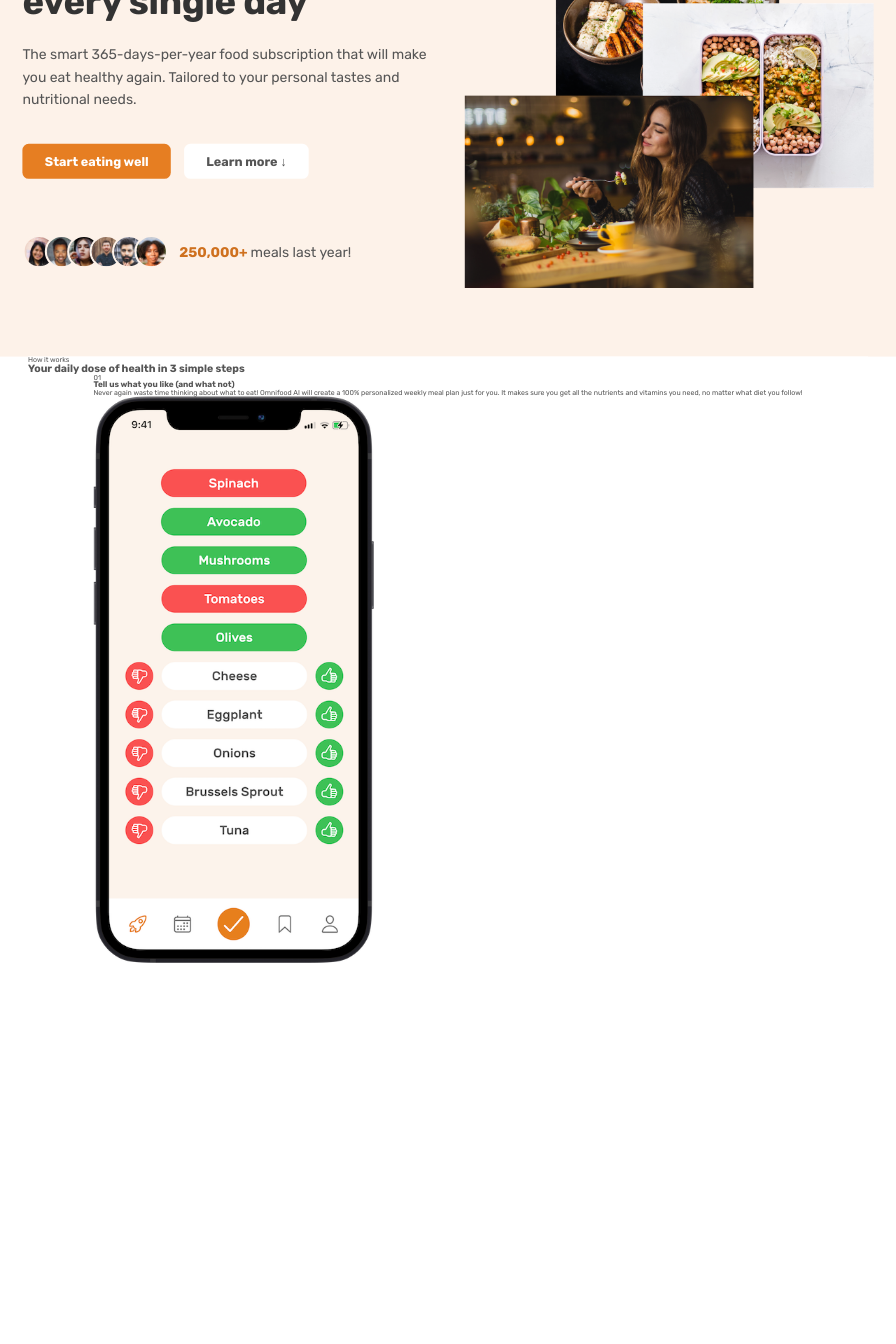
Repository: WefsCao/Omnifood
Page: index.html
An editor plug-in stored every save of this project. The page is shown before and after the next save, followed by the edit.
The browser window is 1280 px wide. The pictures show the part of the page from y = 308 to 2228 px (the page is 2625 px tall before and 2645 px after), at 70% of full size.

Above is the page before, as saved 2022-06-04 19:53:54.

### index.html
<!DOCTYPE html>
<html lang="en">
  <head>
    <meta charset="UTF-8" />
    <meta http-equiv="X-UA-Compatible" content="IE=edge" />
    <meta name="viewport" content="width=device-width, initial-scale=1.0" />

    <link rel="preconnect" href="https://fonts.googleapis.com" />
    <link rel="preconnect" href="https://fonts.gstatic.com" crossorigin />
    <link
      href="https://fonts.googleapis.com/css2?family=Rubik:wght@400;500;600;700&display=swap"
      rel="stylesheet"
    />
    <link rel="stylesheet" href="./css/general.css" />
    <link rel="stylesheet" href="./css/style.css" />
    <title>Omnifood</title>
  </head>
  <body>
    <header class="header">
      <img class="logo" src="img/omnifood-logo.png" alt="heder of logo" />

      <nav class="nav-main">
        <ul class="nav-main-list">
          <li><a href="#" class="nav-main-link">How it works</a></li>
          <li><a href="#" class="nav-main-link">Meals</a></li>
          <li><a href="#" class="nav-main-link">Testimonial</a></li>
          <li><a href="#" class="nav-main-link">Pricing</a></li>
          <li><a href="#" class="nav-main-link nav-cta">Try for free</a></li>
        </ul>
      </nav>
    </header>
    <main>
      <section class="section-hero">
        <div class="hero">
          <div class="hero-text-box">
            <h1 class="heading-primary">
              A healthy meal delivered to your door, every single day
            </h1>
            <p class="hero-description">
              The smart 365-days-per-year food subscription that will make you
              eat healthy again. Tailored to your personal tastes and
              nutritional needs.
            </p>
            <a href="#" class="btn btn--full margin-ringht-sm"
              >Start eating well</a
            >
            <a href="#" class="btn btn--outline">Learn more &darr;</a>
            <div class="delivered-meals">
              <div class="delivered-imgs">
                <img src="img/customers/customer-1.jpg" />
                <img src="img/customers/customer-2.jpg" />
                <img src="img/customers/customer-3.jpg" />
                <img src="img/customers/customer-4.jpg" />
                <img src="img/customers/customer-5.jpg" />
                <img src="img/customers/customer-6.jpg" />
              </div>
              <div class="delivered-text">
                <span>250,000+ </span>meals last year!
              </div>
            </div>
          </div>
          <div class="hero-img-box">
            <img src="img/hero.png" alt="Hero of image" class="hero-img" />
          </div>
        </div>
      </section>
      <section class="section-how">
        <div class="step-heading-box">
          <div class="container">
            <span class="step-subtitle">How it works</span>
            <h2 class="heading-secondary">
              Your daily dose of health in 3 simple steps
            </h2>
          </div>
        </div>
        <div class="step-content-box grid">
          <div class="container">
            <div class="step-text-box">
              <div class="step-number">01</div>
              <h3 class="step-heading">Tell us what you like (and what not)</h3>
              <p class="step-text">
                Never again waste time thinking about what to eat! Omnifood AI
                will create a 100% personalized weekly meal plan just for you.
                It makes sure you get all the nutrients and vitamins you need,
                no matter what diet you follow!
              </p>
            </div>
            <div class="step-img-box">
              <img
                class="step-img"
                src="img/app/app-screen-1.png"
                alt="app screen 1"
              />
            </div>
          </div>
        </div>
      </section>
    </main>
  </body>
</html>

### css/general.css
/*
--- 01 TYPOGRAPHY
- Font size system (px)
    10 / 12 / 14 / 16 / 18 / 20 / 24 / 30 / 36 / 44 / 52 / 62 / 74 / 86 / 98

- Font weights:
Default: 400

- Line heights:
Default: 1
Small: 1.05


--- 02 COLOR

- Primary: #e67e22
- Tints: #fdf2e9
- Shades: #cf711f
- Accents:
- Grey:
 #555
 #333

 --- 05 SHADOW

 --- 06 BORDER RADIUS
 - Default: 9px

 --- 07 WHITE SPACES
 - Spacing system (px)
 2 / 4 / 8 / 12 / 16 / 24 / 32 / 48 / 64 / 80 / 96 / 128
*/
html {
  font-size: 62.5%;
}
* {
  margin: 0;
  padding: 0;
  box-sizing: border-box;
}
body {
  font-family: "Rubik", sans-serif;
  color: #555;
  font-weight: 400;
  line-height: 1;
}

/****************************************/
/* GENERAL REUSE COMPONENTS */
/****************************************/
.heading-primary {
  font-size: 5.2rem;
  line-height: 1.05;
  color: #333;
  font-weight: 700;
  letter-spacing: -0.5px;
  margin-bottom: 3.2rem;
}

.btn--full:link,
.btn--full:visited {
  background-color: #e67e22;
  color: #fff;
}
.btn--full:hover,
.btn--full:active {
  background-color: #cf711f;
}
.margin-ringht-sm {
  margin-right: 1.6rem;
}

.grid {
  display: grid;
  grid-template-rows: repeat(2, 1fr);

  column-gap: 6.4rem;
  row-gap: 9.6rem;
}
.grid--2-cols {
  grid-template-columns: repeat(2, 1fr);
}
.grid--3-cols {
  grid-template-columns: repeat(3, 1fr);
}
.container {
  max-width: 120rem;
  margin: 0 auto;
  background-color: #fff;
}

### css/style.css
/****************************************/
/* HEADER */
/****************************************/
.header {
  display: flex;
  align-items: center;
  justify-content: space-between;
  height: 9.6rem;
  padding: 0 4.8rem;
  background-color: #fdf2e9;
}
.logo {
  height: 2.2rem;
}

/****************************************/
/* NAVIGATION */
/****************************************/

.nav-main-list {
  display: flex;
  align-items: center;
  gap: 3.2rem;
  list-style: none;
}
.nav-main-link:link,
.nav-main-link:visited {
  color: #333;
  font-size: 1.8rem;
  font-weight: 600;
  text-decoration: none;
  transition: all 0.3s;
}
.nav-main-link:hover,
.nav-main-link:active {
  color: #e67e22;
}

.nav-main-link.nav-cta:link,
.nav-main-link.nav-cta:visited {
  padding: 1.2rem 2.4rem;
  background-color: #e67e22;
  border-radius: 9px;
  color: #fff;
}
.nav-main-link.nav-cta:hover,
.nav-main-link.nav-cta:active {
  background-color: #cf711f;
}

/****************************************/
/* HERO */
/****************************************/
.section-hero {
  background-color: #fdf2e9;
  padding: 4.8rem 0 9.6rem 0;
}

.hero {
  display: grid;
  grid-template-columns: 1fr 1fr;
  gap: 4.8rem;
  align-items: center;
  max-width: 130rem;
  padding: 0 3.2rem;
  margin: 0 auto;
}

.hero-description {
  font-size: 2rem;
  line-height: 1.6;
  margin-bottom: 4.8rem;
}
.btn:link,
.btn:visited {
  outline: none;
  display: inline-block;
  padding: 1.6rem 3.2rem;
  font-size: 1.8rem;
  font-weight: 700;
  border-radius: 9px;
  text-decoration: none;
  transition: background-color 0.3s;
}

.btn--outline:link,
.btn--outline:visited {
  background-color: #fff;
  color: #555;
}
.btn--outline:hover,
.btn--outline:active {
  background-color: #fdf2e9;
  box-shadow: inset 0 0 0 3px #fff;
}

.delivered-meals {
  display: flex;
  align-items: center;
  gap: 1.6rem;
  margin-top: 8rem;
}
.delivered-imgs {
  display: flex;
}
.delivered-imgs img {
  width: 4.8rem;
  height: 4.8rem;
  border-radius: 50%;
  border: 3px solid #fdf2e9;
  margin-right: -1.6rem;
}
.delivered-imgs img:last-child {
  margin: 0;
}
.delivered-text {
  font-size: 2rem;
}
.delivered-text span {
  font-weight: 700;
  color: #cf711f;
}
.hero-img {
  width: 100%;
}

After the next save:
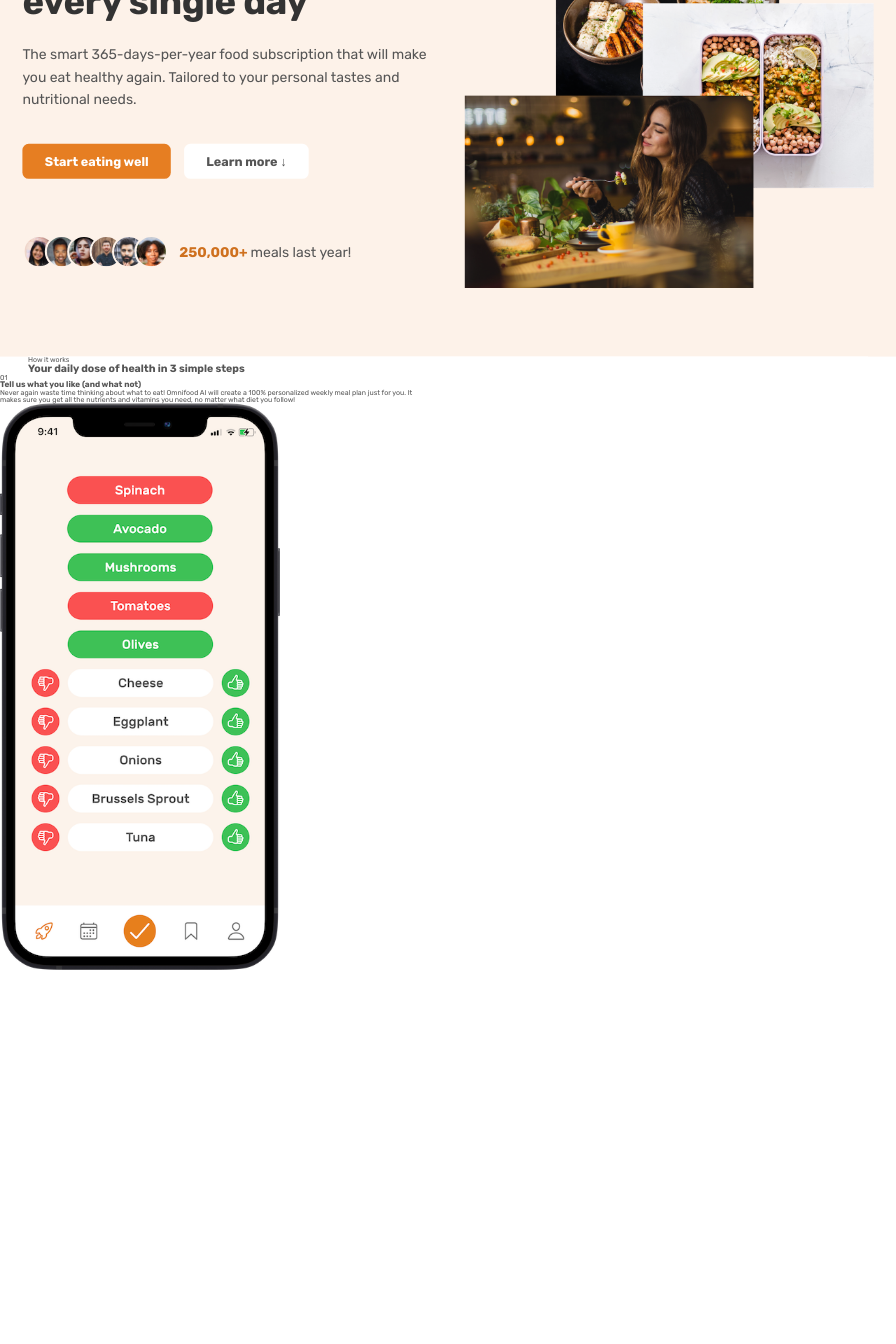
Saved 12 s later.
--- a/index.html
+++ b/index.html
@@ -73,7 +73,7 @@
             </h2>
           </div>
         </div>
-        <div class="step-content-box grid">
+        <div class="step-content-box grid grid--2-cols">
           <div class="container">
             <div class="step-text-box">
               <div class="step-number">01</div>

After the save that followed:
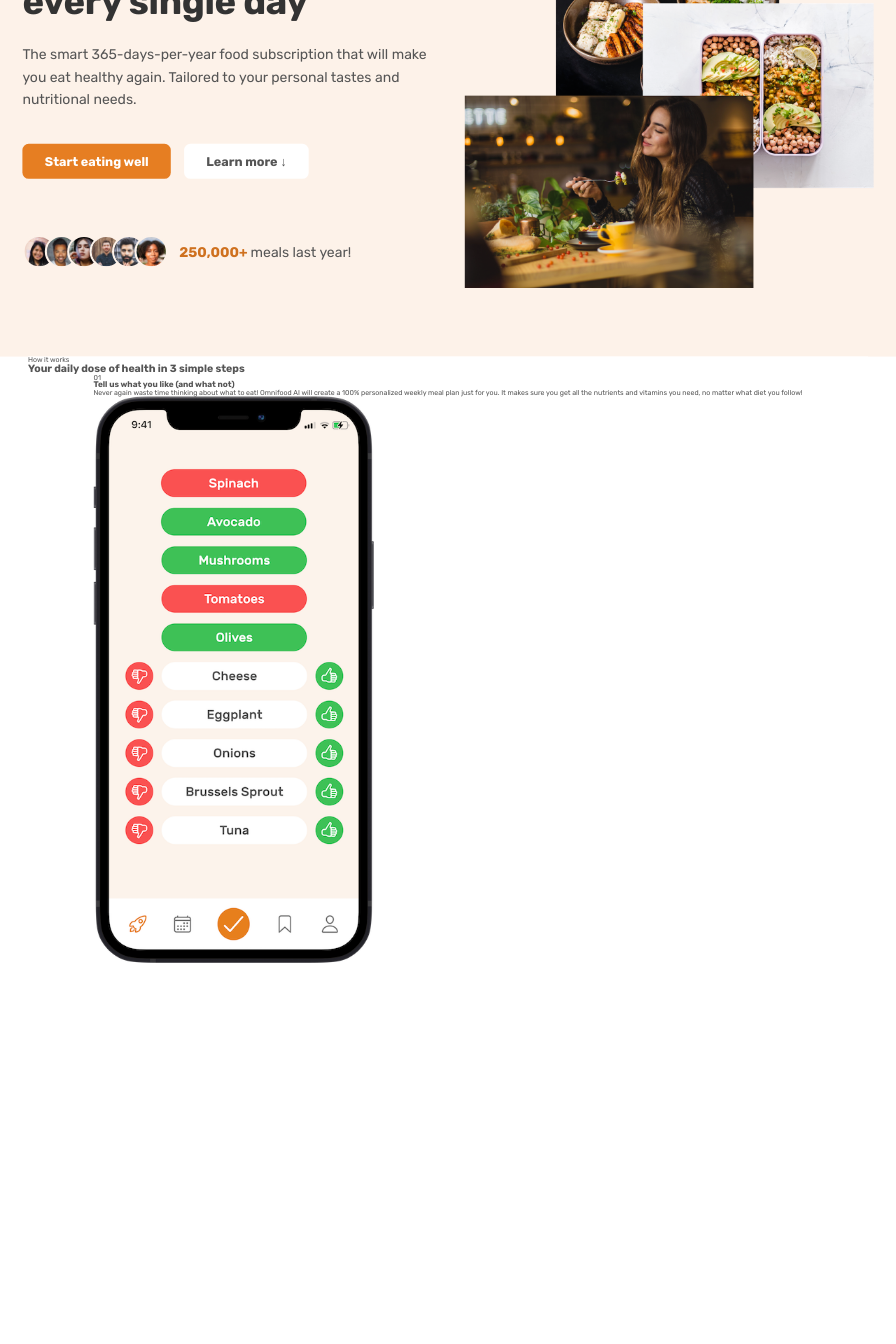
Saved 66 s later.
--- a/index.html
+++ b/index.html
@@ -73,8 +73,8 @@
             </h2>
           </div>
         </div>
-        <div class="step-content-box grid grid--2-cols">
-          <div class="container">
+        <div class="step-content-box grid">
+          <div class="container grid--2-cols">
             <div class="step-text-box">
               <div class="step-number">01</div>
               <h3 class="step-heading">Tell us what you like (and what not)</h3>
